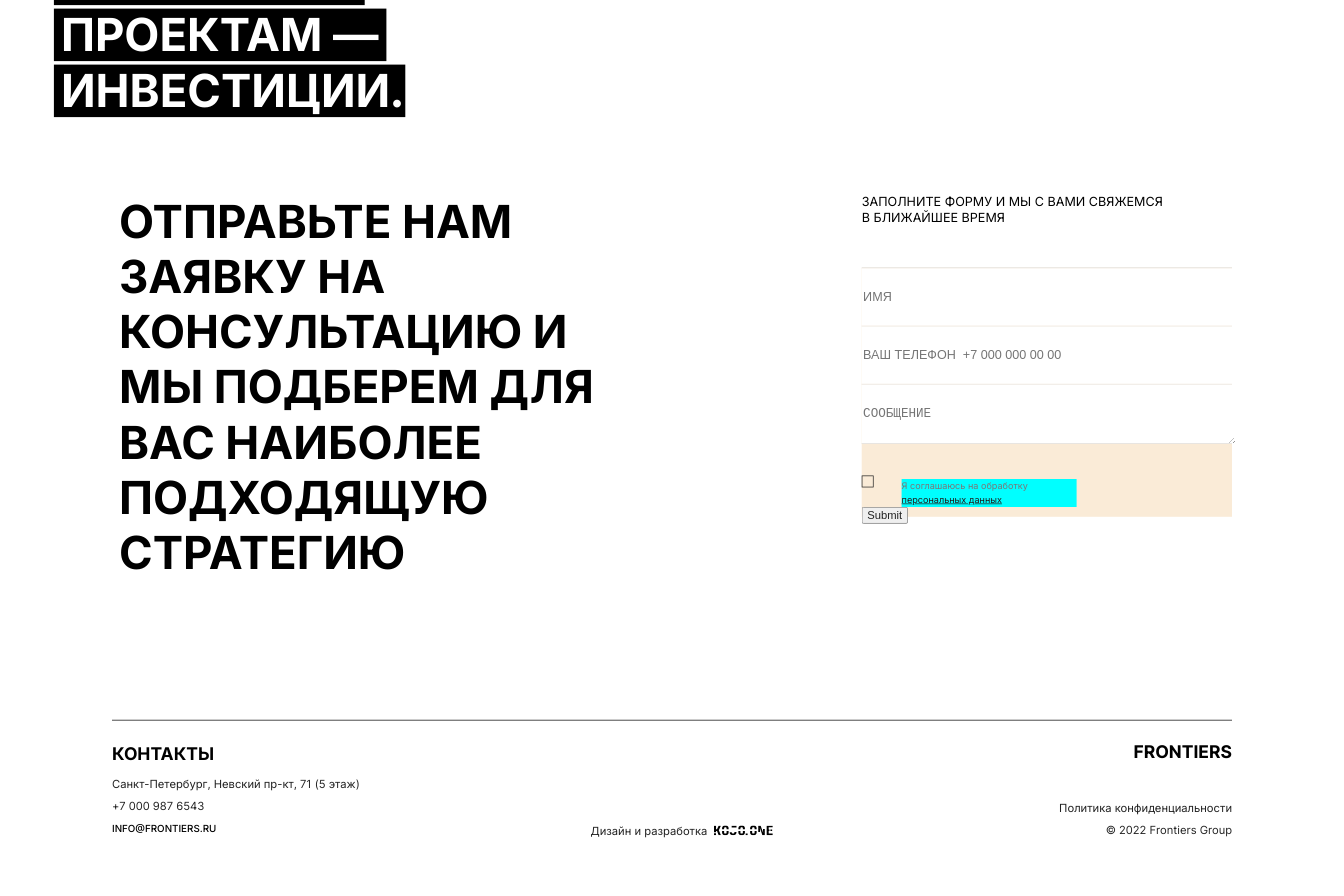
Repository: NadyaKorvin/frontiers
Page: /
These files come from the project's save history. The page is drawn as it stood at one moment and after the next save; the edit follows.
The browser window is 1280 px wide. The page is 1920 px wide, so the pictures cover 1920 px, including what lies to the right of the window. The pictures show the part of the page from y = 1385 to 2665 px (the page is 2665 px tall), at 70% of full size.
The project was rebuilt for these pictures with package versions that can differ from the ones it lists, and the page was loaded fresh each time.

Above is the page before, as saved 2022-05-23 18:48:40.

### public/index.html
<!DOCTYPE html>
<html lang="en">
  <head>
    <meta charset="utf-8" />
    <link rel="icon" href="%PUBLIC_URL%/favicon.ico" />
    <meta name="viewport" content="width=device-width, initial-scale=1" />
    <meta name="theme-color" content="#000000" />
    <meta name="description" content="Web site created using create-react-app" />
    <link rel="apple-touch-icon" href="%PUBLIC_URL%/logo192.png" />
    <link rel="manifest" href="%PUBLIC_URL%/manifest.json" />
    <link rel="preconnect" href="https://fonts.googleapis.com" />
    <link rel="preconnect" href="https://fonts.gstatic.com" crossorigin />
    <link href="https://fonts.googleapis.com/css2?family=Inter:wght@300;400;500;700&display=swap" rel="stylesheet" />
    <title>FRONTIERS</title>
  </head>
  <body>
    <noscript>You need to enable JavaScript to run this app.</noscript>
    <div id="root"></div>
  </body>
</html>

### src/index.js
import React from "react"
import ReactDOM from "react-dom/client"

import App from "./App"

const root = ReactDOM.createRoot(document.getElementById("root"))
root.render(
  <React.StrictMode>
    <App />
  </React.StrictMode>
)

### src/App.js
import { useState } from "react";
import "./App.css";
import { SecondScreenAnimation } from "./components/secondScreen/SecondScreenAnimation";
import FirstScreenAnimation from "./components/firstScreen/FirstScreenAnimation";
import LastScreenAnimation from "./components/lastScreen/LastScreenAnimation"

function App() {
  const [mousePosition, setMousePosition] = useState("");

  const listenUpperMousePosition = (event) => {
    console.log(event);
    console.log(event.target);
    setMousePosition(event.target);
  };

  return (
    <>
      <FirstScreenAnimation />
      <div className="App">
        <SecondScreenAnimation listenMousePosition={listenUpperMousePosition} />
      </div>
      <LastScreenAnimation />
    </>
  );
}
export default App;

### src/App.css
@import url("./reset.css");
@import url("./components/secondScreen/SecondScreen.css");
@import url("./font/font.css");

body {
  font-family: "Inter";
}

### src/components/secondScreen/SecondScreenAnimation.js
export function SecondScreenAnimation({ listenMousePosition, mousePosition }) {
  let goUp = ""
  const goUpBlackLines = (mousePosition) => {
    if (mousePosition === "animation__text_first_part") {
      goUp = "up"
      return goUp
    }
  }
  goUpBlackLines(mousePosition)
  console.log(goUp)
  return (
    <div className="animation__text_block">
      {goUp != "up" ? (
        <div>
          <div className="animation__text" onMouseOver={listenMousePosition}>
            <p className="animation__text_first_part">Инвесторам сложно найти хорошие проекты,</p>
            <p className="animation__text_second_part">а хорошим проектам — инвестиции.</p>
          </div>
          <div className="animation__black_lines">
            <div className="animation__1th_black_line"></div>
            <div className="animation__2th_black_line"></div>
            <div className="animation__3th_black_line"></div>
          </div>
        </div>
      ) : (
        <div>
          <div className="animation__text" onMouseOver={listenMousePosition}>
            <p className="animation__text_first_part" style={{ color: "#fff" }}>
              Инвесторам сложно найти хорошие проекты,
            </p>
            <p className="animation__text_second_part" style={{ color: "#000" }}>
              а хорошим проектам — инвестиции.
            </p>
          </div>
          <div className="animation__black_lines">
            <div className="animation__1th_black_line" style={{ width: "484px", marginTop: "-475px" }}></div>
            <div className="animation__2th_black_line" style={{ width: "586px" }}></div>
            <div className="animation__3th_black_line" style={{ width: "722px" }}></div>
          </div>
        </div>
      )}
    </div>
  )
}

### src/components/firstScreen/FirstScreenAnimation.js
import React from "react";
import style from "./FirstScreen.module.css";
import image from "../../images/image.webp";

export default function FirstScreenAnimation() {
  const pointer = (
    <svg
      width="8"
      height="101"
      viewBox="0 0 8 101"
      fill="none"
      xmlns="http://www.w3.org/2000/svg"
    >
      <path
        d="M4.35355 100.356C4.15829 100.551 3.84171 100.551 3.64645 100.356L0.464466 97.1735C0.269204 96.9783 0.269204 96.6617 0.464466 96.4664C0.659728 96.2712 0.976311 96.2712 1.17157 96.4664L4 99.2948L6.82843 96.4664C7.02369 96.2712 7.34027 96.2712 7.53553 96.4664C7.7308 96.6617 7.7308 96.9783 7.53553 97.1735L4.35355 100.356ZM3.5 100.002L3.5 0.00195312H4.5L4.5 100.002H3.5Z"
        fill="black"
      />
    </svg>
  );

  return (
    <>
      <section className={style.first__screen}>
        <header className={style.header}>
          <div className={style.logotype}>FRONTIERS</div>
          <nav className={style.nav__sidebar}>
            <ul>Агенство</ul>
            <ul>Кейсы</ul>
            <ul>Услуги</ul>
            <ul>Контакты</ul>
          </nav>
          <div className={style.button}>
            <p className={style.text__btn}>Получить консультацию</p>
          </div>
        </header>
        <div className={style.content}>
          <p>ИНВЕСТИЦИИ</p>
          <p>НЕ</p>
          <p>СЛОЖНО</p>
          <p>
            Мы помогли заработать более 50 млн рублей частным инвесторам в 2021
            году на вложениях в российский бизнес
          </p>
          <p>ПРОКРУТИ ВНИЗ</p>
          <div className={style.content__pointer}>{pointer}</div>
          <img src={image} alt="" />
        </div>
      </section>
    </>
  );
}

### src/components/lastScreen/LastScreenAnimation.js
import React from "react";
import style from "./LastScreen.module.css";
import Form from "./Form"
import Kojo from "../../images/Kojo"

export default function LastScreenAnimation() {
  return (
    <>
      <section className={style.last__screen}>
        <div className={style.wrapper}>
          <div className={style.left__content}>
            <p>
              ОТПРАВЬТЕ НАМ ЗАЯВКУ НА КОНСУЛЬТАЦИЮ И МЫ ПОДБЕРЕМ ДЛЯ ВАС
              НАИБОЛЕЕ ПОДХОДЯЩУЮ СТРАТЕГИЮ
            </p>
          </div>
          <div className={style.right__content}>
            <div className={style.text__form}>
              <p>ЗАПОЛНИТЕ ФОРМУ И МЫ С ВАМИ СВЯЖЕМСЯ В БЛИЖАЙШЕЕ ВРЕМЯ</p>
            </div>
            <Form />
          </div>
        </div>
        <footer className={style.footer}>
          <div className={style.contact}>
            <p>КОНТАКТЫ</p>
            <p>Санкт-Петербург, Невский пр-кт, 71 (5 этаж)</p>
            <p>+7 000 987 6543</p>
            <p><a href="mailto:info@frontiers.ru" ></a>info@frontiers.ru</p>
          </div>
          <div className={style.design}>
            <p>Дизайн и разработка</p>
            <Kojo />
          </div>
          <div className={style.frontiers}>
            <p>FRONTIERS</p>
            <p>Политика конфиденциальности</p>
            <p>© 2022 Frontiers Group</p>
          </div>
        </footer>
      </section>
    </>
  );
}

### src/reset.css
html,
body,
div,
span,
applet,
object,
iframe,
h1,
h2,
h3,
h4,
h5,
h6,
p,
blockquote,
pre,
a,
abbr,
acronym,
address,
big,
cite,
code,
del,
dfn,
em,
img,
ins,
kbd,
q,
s,
samp,
small,
strike,
strong,
sub,
sup,
tt,
var,
b,
u,
i,
center,
dl,
dt,
dd,
ol,
ul,
li,
fieldset,
form,
label,
legend,
table,
caption,
tbody,
tfoot,
thead,
tr,
th,
td,
article,
aside,
canvas,
details,
embed,
figure,
figcaption,
footer,
header,
hgroup,
menu,
nav,
output,
ruby,
section,
summary,
time,
mark,
audio,
video {
  margin: 0;
  padding: 0;
  border: 0;
  font-size: 100%;
  font: inherit;
  vertical-align: baseline;
}

:focus {
  outline: 0;
}

article,
aside,
details,
figcaption,
figure,
footer,
header,
hgroup,
menu,
nav,
section {
  display: block;
}

body {
  line-height: 1;
}

ol,
ul {
  list-style: none;
}

blockquote,
q {
  quotes: none;
}

blockquote:before,
blockquote:after,
q:before,
q:after {
  content: "";
  content: none;
}

table {
  border-collapse: collapse;
  border-spacing: 0;
}

input[type="search"]::-webkit-search-cancel-button,
input[type="search"]::-webkit-search-decoration,
input[type="search"]::-webkit-search-results-button,
input[type="search"]::-webkit-search-results-decoration {
  -webkit-appearance: none;
  -moz-appearance: none;
}

input[type="search"] {
  -webkit-appearance: none;
  -moz-appearance: none;
  -webkit-box-sizing: content-box;
  -moz-box-sizing: content-box;
  box-sizing: content-box;
}

textarea {
  overflow: auto;
  vertical-align: top;
  resize: vertical;
}

[hidden] {
  display: none;
}

html {
  font-size: 100%; /* 1 */
  -webkit-text-size-adjust: 100%; /* 2 */
  -ms-text-size-adjust: 100%; /* 2 */
}

a:focus {
  outline: thin dotted;
}

a:active,
a:hover {
  outline: 0;
}

img {
  border: 0;
  -ms-interpolation-mode: bicubic;
}

figure {
  margin: 0;
}

form {
  margin: 0;
}

fieldset {
  border: 1px solid #c0c0c0;
  margin: 0 2px;
  padding: 0.35em 0.625em 0.75em;
}

legend {
  border: 0; /* 1 */
  padding: 0;
  white-space: normal; /* 2 */
  *margin-left: -7px; /* 3 */
}

button,
input,
select,
textarea {
  font-size: 100%; /* 1 */
  margin: 0; /* 2 */
  vertical-align: baseline; /* 3 */
  *vertical-align: middle; /* 3 */
}

button,
input {
  line-height: normal;
}

button,
select {
  text-transform: none;
}

button,
html input[type="button"], /* 1 */
input[type="reset"],
input[type="submit"] {
  -webkit-appearance: button; /* 2 */
  cursor: pointer; /* 3 */
  *overflow: visible; /* 4 */
}

button[disabled],
html input[disabled] {
  cursor: default;
}

input[type="checkbox"],
input[type="radio"] {
  box-sizing: border-box; /* 1 */
  padding: 0; /* 2 */
  *height: 13px; /* 3 */
  *width: 13px; /* 3 */
}

input[type="search"] {
  -webkit-appearance: textfield; /* 1 */
  -moz-box-sizing: content-box;
  -webkit-box-sizing: content-box; /* 2 */
  box-sizing: content-box;
}

input[type="search"]::-webkit-search-cancel-button,
input[type="search"]::-webkit-search-decoration {
  -webkit-appearance: none;
}

button::-moz-focus-inner,
input::-moz-focus-inner {
  border: 0;
  padding: 0;
}

textarea {
  overflow: auto; /* 1 */
  vertical-align: top; /* 2 */
}

table {
  border-collapse: collapse;
  border-spacing: 0;
}

html,
button,
input,
select,
textarea {
  color: #222;
}

::-moz-selection {
  background: #b3d4fc;
  text-shadow: none;
}

::selection {
  background: #b3d4fc;
  text-shadow: none;
}

img {
  vertical-align: middle;
}

fieldset {
  border: 0;
  margin: 0;
  padding: 0;
}

textarea {
  resize: vertical;
}

.chromeframe {
  margin: 0.2em 0;
  background: #ccc;
  color: #000;
  padding: 0.2em 0;
}

### src/components/secondScreen/SecondScreen.css
.second__screen_main {
  display: flex;
  justify-content: space-between;
  margin: 0 auto;
  margin-top: 174px;
  /* придкмать решение сделать по центру*/
  display: flex;
  width: 1600px;
  height: 733px;
}

.animation__text_block {
  display: block;
  margin-left: 87px;
}

.animation__text_first_part,
.animation__text_second_part {
  width: 770px;
  text-transform: uppercase;
  font-size: 65px;
  font-weight: 700;
  line-height: 79px;
  transition: 0.6s ease-out;
}

.animation__text_second_part {
  color: #fff;
}

.animation__black_lines {
  margin-left: -10px;
  margin-top: -236px;
}

.animation__1th_black_line {
  margin-bottom: 5px;
  height: 75px;
  width: 444px;
  background-color: #000;
  transition: 0.6s ease-out;
}

.animation__2th_black_line {
  margin-bottom: 5px;
  height: 75px;
  width: 475px;
  background-color: #000;
  transition: 0.6s ease-out;
}
.animation__3th_black_line {
  height: 75px;
  width: 502px;
  background-color: #000;
  transition: 0.6s ease-out;
}

.right__part {
  display: flex;
  margin-left: 190px;
  flex-direction: column;
}

.conversation__image {
  margin-right: 222px;
  display: block;
  width: 400px;
  height: 400px;
  background: url("../secondScreen/people.png");
}

.decoration_marks {
  margin-top: -110px;
  transform: rotate(-180deg);
  font-size: 200px;
  font-weight: 300;
}

.text_paragraph {
  margin-left: 90px;
  width: 431px;
  font-size: 18px;
  font-weight: 400;
  line-height: 23px;
  text-transform: uppercase;
  line-height: 130%;
}

### src/font/font.css
@font-face {
  font-family: "Inter";
  src:
    url("./Inter-Bold.ttf") format("truetype")
    url("./Inter-Bold.woff2") format("woff2"),
    url("./Inter-Bold.woff") format("woff");
  font-weight: 700;
  font-style: normal;
  font-stretch: normal;
  unicode-range: U+0020-E0D0;
}

@font-face {
  font-family: "Inter";
  src:
    url("./Inter-Regular.woff2") format("woff2"),
    url("./Inter-Regular.ttf") format("truetype")
    url("./Inter-Regular.woff") format("woff");
  font-weight: 400;
  font-style: normal;
  font-stretch: normal;
  unicode-range: U+0020-E0D0;
}

@font-face {
    font-family:'Inter Medium';
    src:
        url("./Inter-Medium.ttf") format("truetype")
        url('Inter-Medium.woff2') format('woff2'),
		url('Inter-Medium.woff') format('woff');
    font-weight: 500;
    font-style: normal;
    font-stretch: normal;
    unicode-range: U+0020-E0D0;
}

@font-face {
    font-family:'Inter Light';
    src:
        url("./Inter-Light.ttf") format("truetype")
        url('Inter-Light.woff2') format('woff2'),
		url('Inter-Light.woff') format('woff');
    font-weight: 300;
    font-style: normal;
    font-stretch: normal;
    unicode-range: U+0020-E0D0;
}

### src/components/firstScreen/FirstScreen.module.css
.first__screen {
  width: 1920px;
  height: 1080px;
}

.header {
  width: 1600px;
  height: 82px;
  margin: 0 160px;
  border-bottom: 1px solid #000000;
  display: flex;
}

.logotype {
  width: 151px;
  height: 30px;
  padding-top: 27px;
  font-family: "Inter";
  font-style: normal;
  font-weight: 700;
  font-size: 25px;
  line-height: 30px;
  letter-spacing: 0.05em;
  color: #000000;
}

.nav__sidebar {
  display: flex;
  justify-content: space-between;
  width: 473px;
  padding-top: 33px;
  padding-left: 633px;
}

.button {
  position: absolute;
  width: 243px;
  height: 45px;
  left: 1517px;
  top: 19px;
  background: #000000;
}

.text__btn {
  padding-top: 12px;
  padding-bottom: 12px;
  font-family: "Inter";
  font-style: normal;
  font-weight: 500;
  font-size: 16px;
  line-height: 19px;
  text-align: center;
  color: #ffffff;
}

.content > p {
  position: absolute;
  font-family: "Inter";
  font-style: normal;
  font-weight: 400;
  font-size: 160px;
  line-height: 194px;
  text-transform: uppercase;
  color: #000000;
}

p:nth-child(1) {
  top: 83px;
  left: 160px;
}

p:nth-child(2) {
  top: 285px;
  left: 1449px;
}

p:nth-child(3) {
  top: 461px;
  left: 568px;
}

p:nth-child(4) {
  width: 265px;
  height: 90px;
  top: 118px;
  left: 1464px;
  box-sizing: content-box;
  font-family: "Inter";
  font-style: normal;
  font-weight: 500;
  font-size: 14px;
  line-height: 130%;
  text-transform: uppercase;
  color: #000000;
}

p:nth-child(5) {
  position: absolute;
  width: 130px;
  height: 17px;
  left: 104px;
  top: 865px;
  font-family: "Inter";
  font-style: normal;
  font-weight: 500;
  font-size: 14px;
  line-height: 17px;
  letter-spacing: 0.05em;
  color: #000000;
  transform: rotate(-90deg);
}

.content__pointer {
    position: absolute;
    top: 876px;
    left: 187px;
}

img {
  position: absolute;
  top: 714px;
  left: 568px;
  width: 1352px;
  height: 366px;
}

### src/components/lastScreen/LastScreen.module.css
.last__screen {
  width: 1920px;
  height: 1080px;
}

.wrapper {
  position: relative;
  top: 109px;
  left: 170px;
  display: flex;
  justify-content: space-between;
  width: 1590px;
  height: 553px;
}

.left__content {
  position: relative;
  width: 775px;
  height: 553px;
  box-sizing: border-box;
  font-family: "Inter";
  font-style: normal;
  font-weight: 700;
  font-size: 65px;
  line-height: 79px;
  text-transform: uppercase;
  color: #000000;
}

.right__content {
  position: relative;
  width: 529px;
  height: 553px;
}

.text__form {
  width: 529px;
  height: 46px;
  left: 1231px;
  top: 4438px;
  font-family: "Inter";
  font-style: normal;
  font-weight: 400;
  font-size: 18px;
  line-height: 130%;
  text-transform: uppercase;
  color: #000000;
}

.footer {
  position: relative;
  margin: 308px 160px 0;
  width: 1600px;
  border-top: 1px solid #000000;
  bottom: 0px;
  display: flex;
  justify-content: space-between;
}

.contact {
  width: 357px;
}

.contact > p:nth-child(1) {
  padding: 33px 0 20px;
  font-family: "Inter";
  font-style: normal;
  font-weight: 700;
  font-size: 25px;
  line-height: 30px;
  color: #000000;
}

.contact > p:nth-child(2),
.contact > p:nth-child(3),
.contact > p:nth-child(4) {
  padding-bottom: 15px;
}

.design {
  padding-top: 150px;
  width: 260px;
  display: flex;
  margin-left: -80px;
  justify-content: space-between;
}

.frontiers {
  width: 250px;
  text-align: end;
}

.frontiers > p:nth-child(1) {
    padding: 30px 0 57px;
    font-family: "Inter";
    font-style: normal;
    font-weight: 700;
    font-size: 25px;
    line-height: 30px;
    color: #000000;
  }

.frontiers > p:nth-child(2),
.frontiers > p:nth-child(3) {
    padding-bottom: 15px;
}

### src/components/lastScreen/Form.js
import React, { useState } from "react";
import { useForm } from "react-hook-form";
import style from "./Form.module.css";

export default function Form() {
  const [checked, setChecked] = useState(false);
  const [isPersonal, setIsPersonal] = useState(false);

  const {
    register,
    formState: { errors, isValid },
    handleSubmit,
    reset,
  } = useForm({
    mode: "onBlur",
  });

  const onSubmit = (data) => {
    alert(JSON.stringify(data));
  };

  const openPersonal = () => {
    setIsPersonal(true);
  };

  return (
    <form
      name="form"
      id="form"
      className={style.form}
      onSubmit={handleSubmit(onSubmit)}
    >
      <input
        name="name"
        {...register("name", {
          required: "Это поле обязательно",
          minLength: {
            value: 2,
            message: "Минимум 2 символа",
          },
          maxLength: {
            value: 50,
            message: "Максимум 50 символов",
          },
        })}
        id="name"
        className={style.input}
        placeholder="Имя"
      />
      <div>
        {errors?.name && (
          <p className={style.focus}>{errors?.name?.message || "Error!"}</p>
        )}
      </div>
      <div className={style.borders} />
      <input
        name="phone"
        {...register("phone", {
          required: "Это поле обязательно",
          pattern: {
            value: /^\+?7(\d{10})$/,
            message: "Введите в формате +7 000 000 00 00",
          },
        })}
        id="phone"
        className={style.input}
        type="tel"
        placeholder="Ваш Телефон  +7 000 000 00 00"
      />
      <div>
        {errors?.phone && (
          <p className={style.focus}>{errors?.phone?.message || "Error!"}</p>
        )}
      </div>
      <div className={style.borders} />
      <textarea
        name="message"
        {...register("message", {
          required: "Это поле обязательно",
          minLength: {
            value: 10,
            message: "Минимум 10 символов",
          },
          maxLength: {
            value: 500,
            message: "Максимум 500 символов",
          },
        })}
        id="message"
        className={style.textarea}
        placeholder="Сообщение"
      />
      <div>
        {errors?.message && (
          <p className={style.focus}>{errors?.message?.message || "Error!"}</p>
        )}
      </div>
      <div className={style.borders} />
      <label className={style.consent}>
        <input
          name="consent"
          type="checkbox"
          checked={checked}
          onChange={() => setChecked(!checked)}
          value={checked}
          {...register("consent", {
            required: "Подтвердите свое согласие для отправки формы",
          })}
          id="consent"
          className={style.checkbox}
        />
        <span
          className={style.checkfake}
          onClick={() => setChecked(!checked)}
        ></span>
        <div className={style.policy_text}>
          <p>Я соглашаюсь на обработку&nbsp;</p>
          <span
            onClick={openPersonal}
            style={{ color: "#1f1f1f", textDecoration: "underline" }}
          >
            персональных данных
          </span>
        </div>
      </label>
      <div className={style.focus_consent}>
        {errors?.consent && <p>{errors?.consent?.message || "Error!"}</p>}
        <div>
          <input type="submit" />
        </div>
      </div>
    </form>
  );
}

### src/components/lastScreen/Form.module.css
.form {
  margin-top: 60px;
  width: 529px;
  height: 355px;
  border-top: 1px solid #d1d1d1;
  background-color: antiquewhite;
}

.input,
.textarea {
  width: 529px;
  height: 80px;
  border: 0;
  outline: none;
  font-size: 18px;
  color: #000000;
  text-transform: uppercase;
}

.textarea {
  height: 80px;
  line-height: 80px;
  overflow: hidden;
  /* resize: none; */
}

.borders {
  border-bottom: 1px solid #d1d1d1;
}

.consent {
    display: -webkit-box;
    display: -ms-flexbox;
    display: flex;
    margin: 30px 0 0;
}

.policy_text {
    margin-top: 20px;
  margin-left: 40px;
  width: 250px;
  height: 40px;
  box-sizing: border-box;
  font-family: "Inter";
  font-style: normal;
  font-weight: 400;
  font-size: 13px;
  line-height: 150%;
  color: #787878;
  background-color: aqua;
}

.checkbox {
    opacity: 0;
    width: 0;
  }

.checkfake {
    margin: 15px 0;
    display: block;
    width: 15px;
    height: 15px;
    border: 1px solid #1f1f1f;
  }

  .checkfake::before {
    content: "";
    position: absolute;
    display: block;
    width: 10px;
    height: 10px;
    /* background: url("/public/img/form/checkmark.svg"); */
    opacity: 0;
  }

Loaded but not shown: src/images/Kojo.js (76 lines, source omitted)

After the next save:
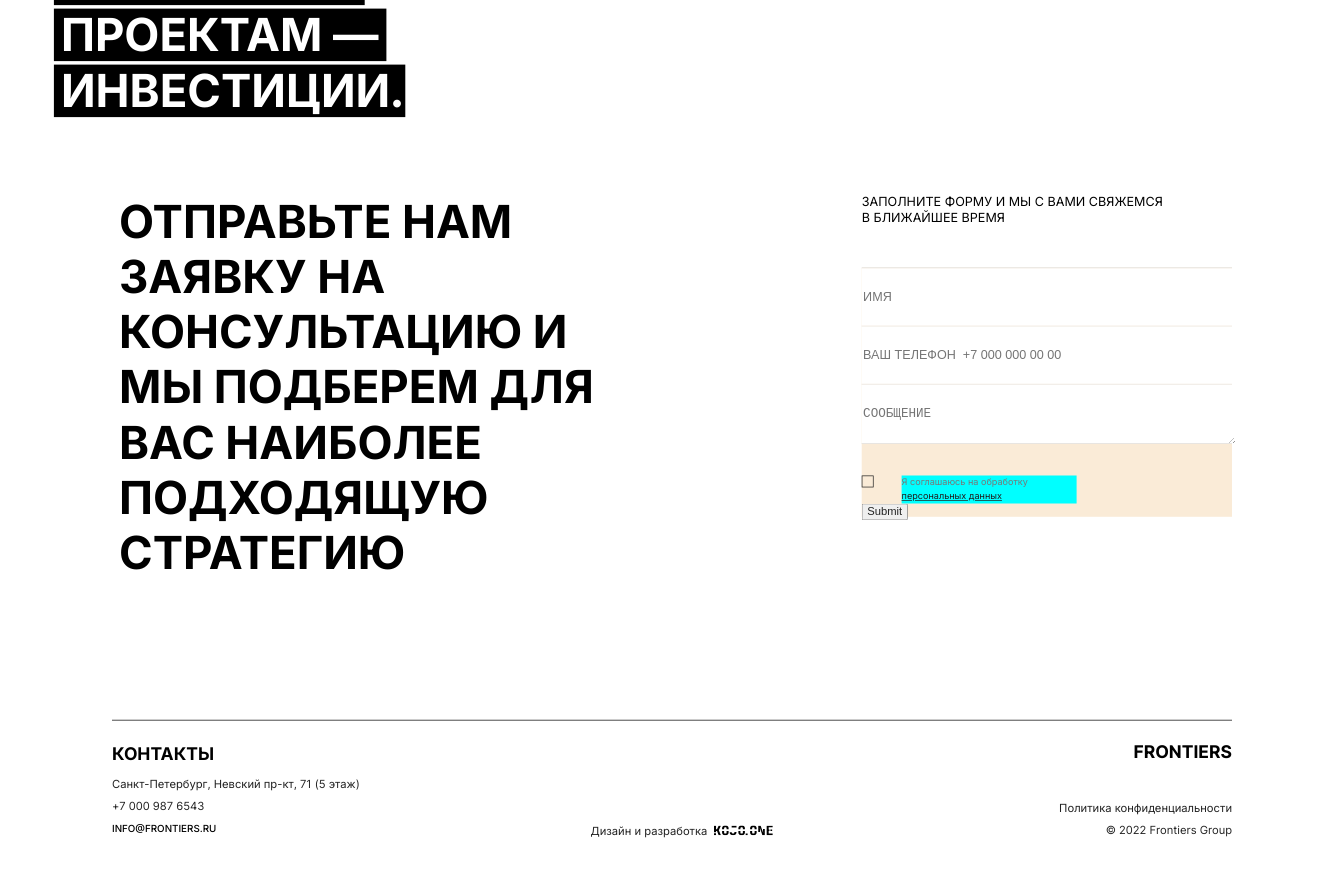
Saved 15 s later.
--- a/src/components/lastScreen/Form.module.css
+++ b/src/components/lastScreen/Form.module.css
@@ -36,7 +36,7 @@
 }
 
 .policy_text {
-    margin-top: 20px;
+    margin-top: 15px;
   margin-left: 40px;
   width: 250px;
   height: 40px;
